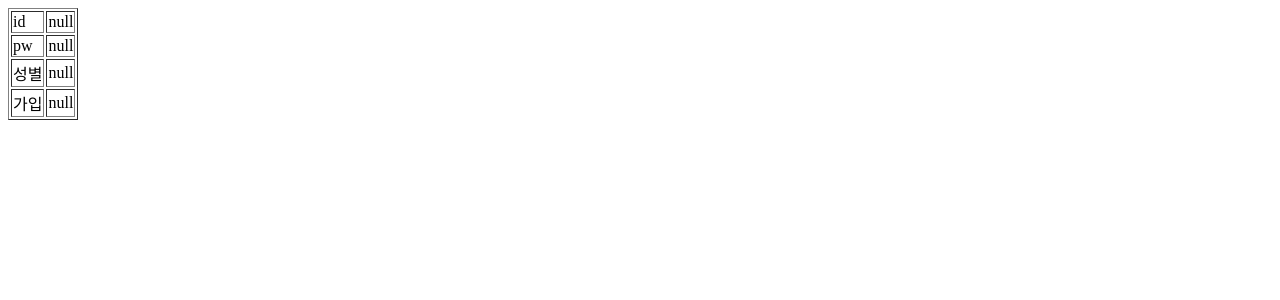
Repository: shouvoo/bitAcademy
Page: http://localhost/jspProj/request/joinReg.jsp
The author's editor kept a copy of each file at every save. The page is drawn from the files as they stood at one save, then again after the next save.
The browser window is 1280 px wide. The pictures show the whole page.
The page is served by Tomcat 9. Other server files are loaded and not shown.

Above is the page before, as saved 2017-09-27 06:03:55.

### work/jsp/jspProj/WebContent/request/joinReg.jsp
<%@ page language="java" contentType="text/html; charset=UTF-8"
    pageEncoding="UTF-8"%>
<!DOCTYPE html PUBLIC "-//W3C//DTD HTML 4.01 Transitional//EN" "http://www.w3.org/TR/html4/loose.dtd">
<html>
	<head>
		<meta http-equiv="Content-Type" content="text/html; charset=UTF-8">
		<title>Insert title here</title>
	</head>

	<body>

		<table border="1">
			<tr>
				<td>id</td>
				<td><%=request.getParameter("id") %></td>
			</tr>
			<tr>
				<td>pw</td>
				<td><%=request.getParameter("pw") %></td>
			</tr>
			<tr>
				<td>성별</td>
				<td><%=request.getParameter("gender") %><br></td>
			</tr>
			<tr>
				<td>가입</td>
				<td><%=request.getParameter("aa") %><br></td>
			</tr>

		</table>

		<%-- id : <%=request.getParameter("id") %><br>
		pw : <%=request.getParameter("pw") %><br>
		성별 : <%=request.getParameter("gender") %><br>  --%>
	</body>
</html>

After the next save:
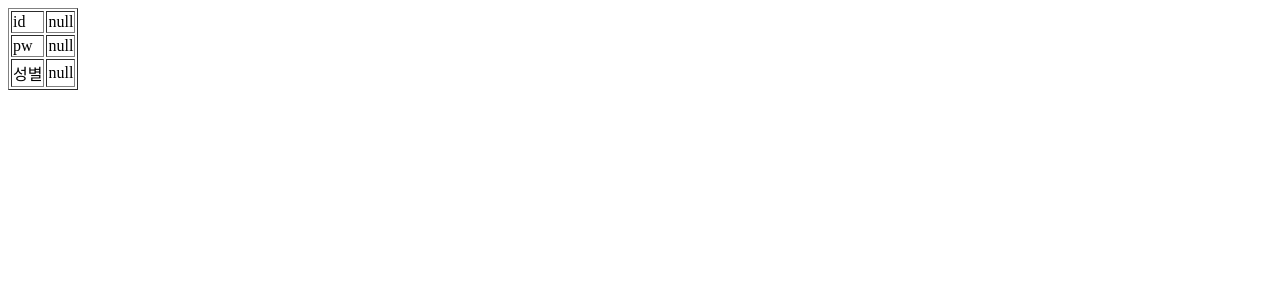
Saved 6 s later.
--- a/work/jsp/jspProj/WebContent/request/joinReg.jsp
+++ b/work/jsp/jspProj/WebContent/request/joinReg.jsp
@@ -22,11 +22,6 @@
 				<td>성별</td>
 				<td><%=request.getParameter("gender") %><br></td>
 			</tr>
-			<tr>
-				<td>가입</td>
-				<td><%=request.getParameter("aa") %><br></td>
-			</tr>
-
 		</table>
 
 		<%-- id : <%=request.getParameter("id") %><br>
